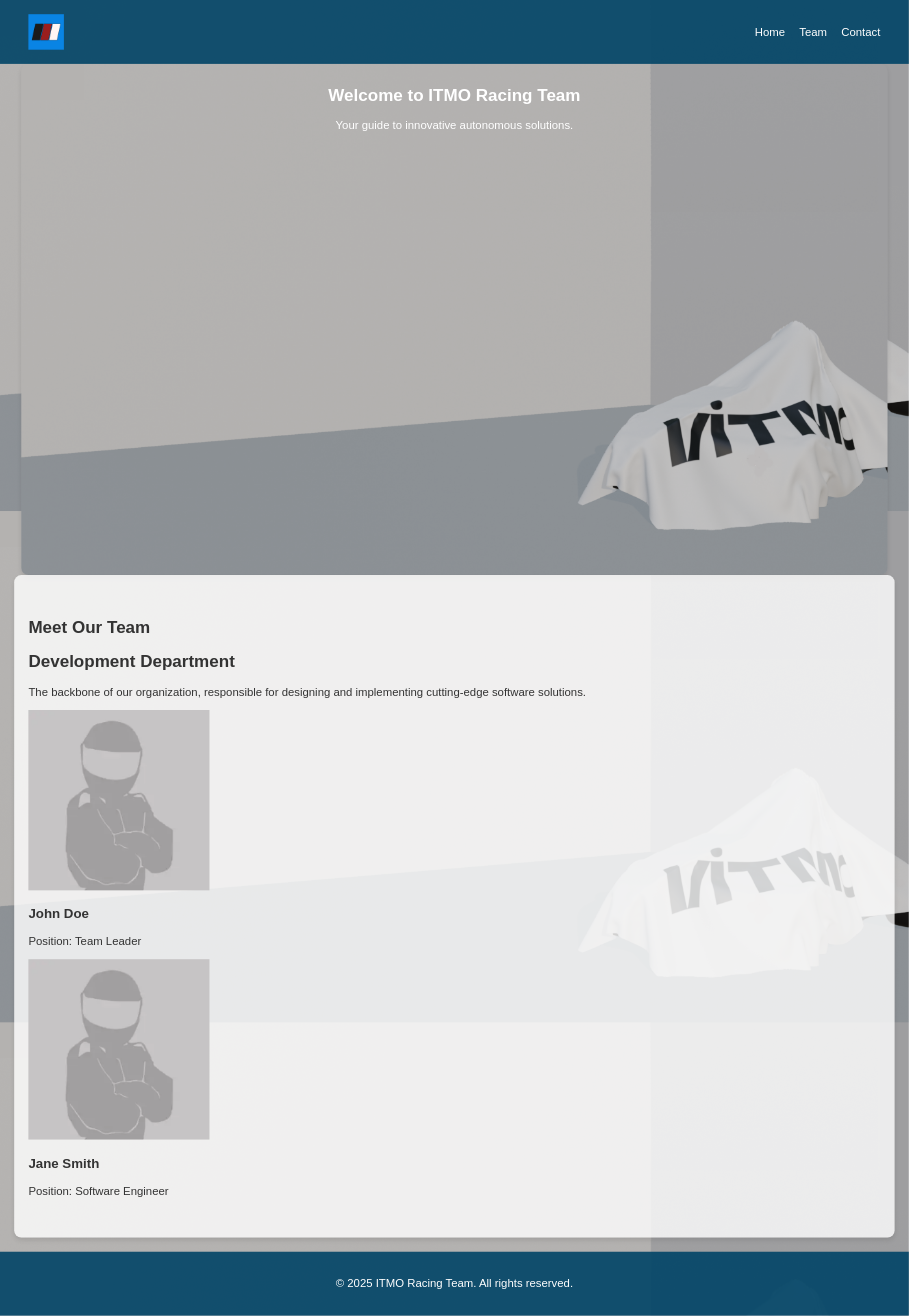
Repository: fs-itmo/fs-itmo.github.io
Page: team.html
An editor plug-in stored every save of this project. The page is shown before and after the next save, followed by the edit.
The browser window is 1280 px wide. The pictures show the whole page, at 71% of full size.
Backgrounds fixed to the window are drawn as part of the page.

Above is the page before, as saved 2024-12-30 14:30:59.

After the next save:
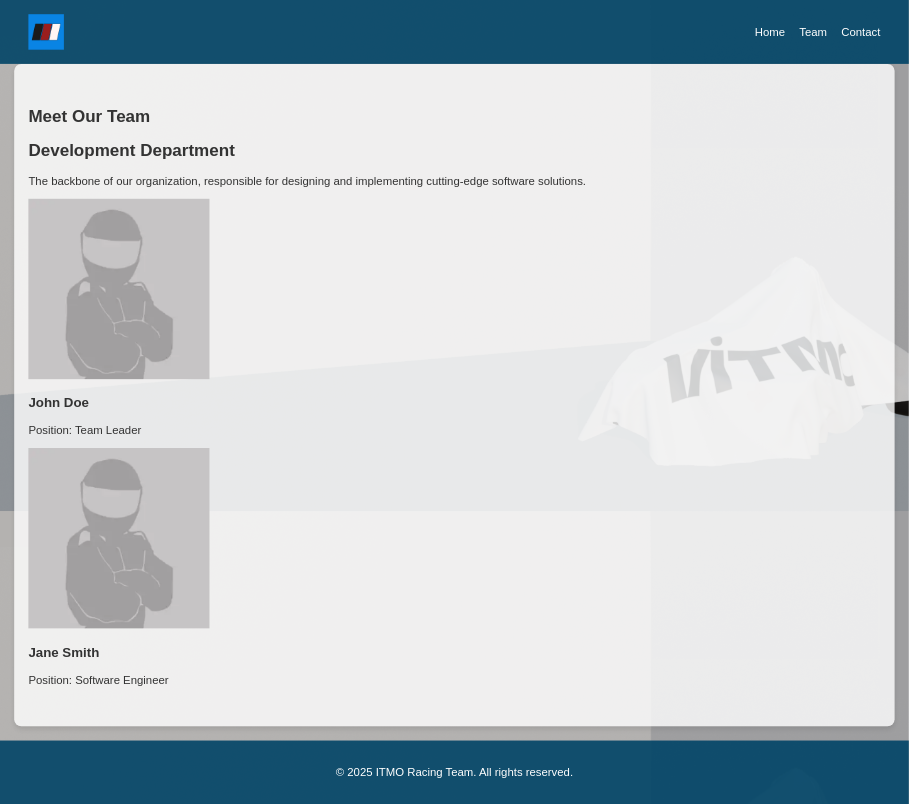
Saved 95 s later.
--- a/team.html
+++ b/team.html
@@ -19,11 +19,6 @@
             </nav>
         </div>
     </header>
-
-    <section id="home">
-        <h1>Welcome to ITMO Racing Team</h1>
-        <p>Your guide to innovative autonomous solutions.</p>
-    </section>
 
     <section class="team-section">
         <h1>Meet Our Team</h1>
